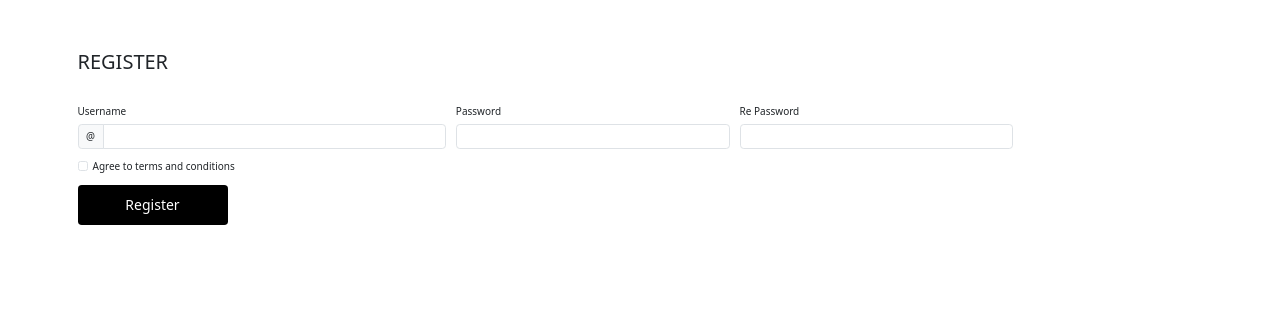
Repository: AnnPTit/ASM_Java04
Page: http://localhost/Asm/views/Register.jsp
The author's editor kept a copy of each file at every save. The page is drawn from the files as they stood at one save, then again after the next save.
The browser window is 1280 px wide. The pictures show the whole page.
Some web libraries are served in a nearby version. The page is served by Tomcat 9.

Above is the page before, as saved 2023-03-19 02:54:34.

After the next save:
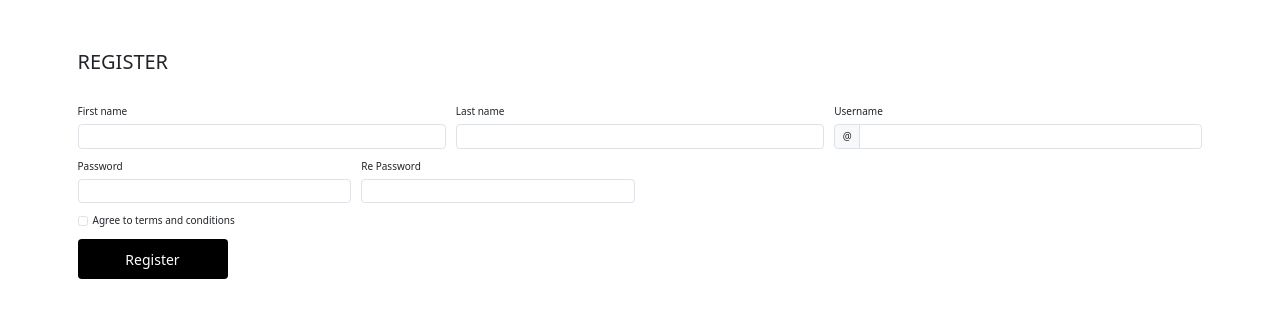
Saved 20 s later.
--- a/Asm/src/main/webapp/views/Register.jsp
+++ b/Asm/src/main/webapp/views/Register.jsp
@@ -21,7 +21,20 @@
 		<h3 class="login__title">Register</h3>
 
 		<form class="row g-3">
-
+			<div class="col-md-4">
+				<label for="validationServer01" class="form-label">First
+					name</label>
+				<!-- Them class isValid để check đúng  -->
+				<input type="text" class="form-control" id="validationServer01"
+					value="" required ng-model="inputUser.fristName" />
+				<div class="valid-feedback">Looks good!</div>
+			</div>
+			<div class="col-md-4">
+				<label for="validationServer02" class="form-label">Last name</label>
+				<input type="text" class="form-control" id="validationServer02"
+					value="" required ng-model="inputUser.lastName" />
+				<div class="valid-feedback">Looks good!</div>
+			</div>
 			<div class="col-md-4">
 				<label for="validationServerUsername" class="form-label">Username</label>
 				<div class="input-group has-validation">
@@ -35,6 +48,8 @@
 						Please choose a username.</div>
 				</div>
 			</div>
+
+
 
 			<div class="col-md-3">
 				<label for="validationServer06" class="form-label">Password</label>
@@ -61,8 +76,9 @@
 
 				<div class="form-check">
 					<input class="form-check-input" type="checkbox" value=""
-						id="invalidCheck2" required /> <label class="form-check-label"
-						for="invalidCheck2"> Agree to terms and conditions </label>
+						id="invalidCheck2" required /> <label
+						class="form-check-label" for="invalidCheck2"> Agree to
+						terms and conditions </label>
 				</div>
 			</div>
 
